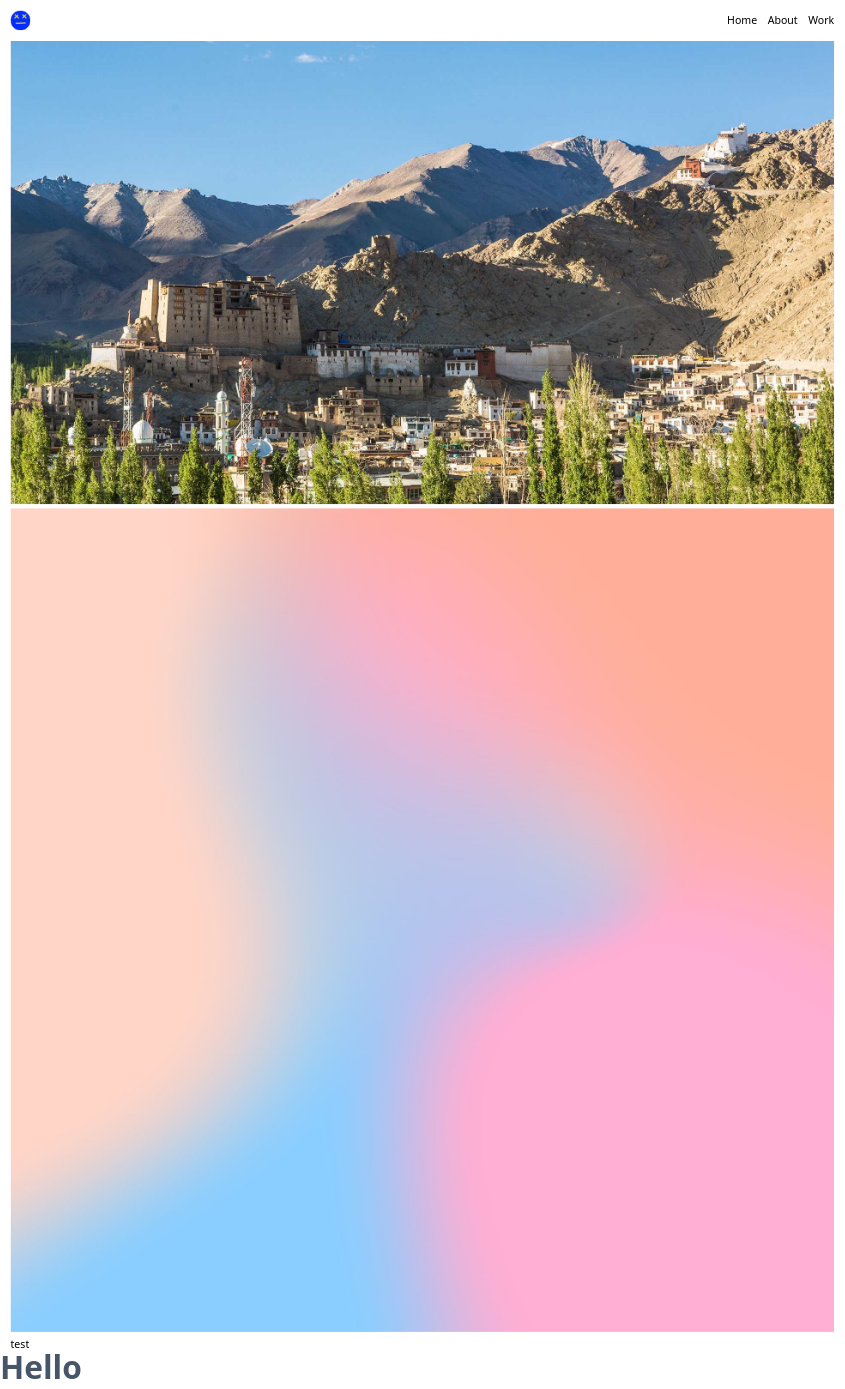
Repository: aaroncemery/aaroncemery-next
Page: /
These files come from the project's save history. The page is drawn as it stood at one moment and after the next save; the edit follows.
The browser window is 1280 px wide. The pictures show the whole page, at 66% of full size.
The project was rebuilt for these pictures with package versions that can differ from the ones it lists, and the page was loaded fresh each time. The framework's server and built-in components were replaced by stand-ins that run in the browser. Also part of the build but not shown: next.config.js.

Above is the page before, as saved 2022-06-13 19:30:32.

After the next save:
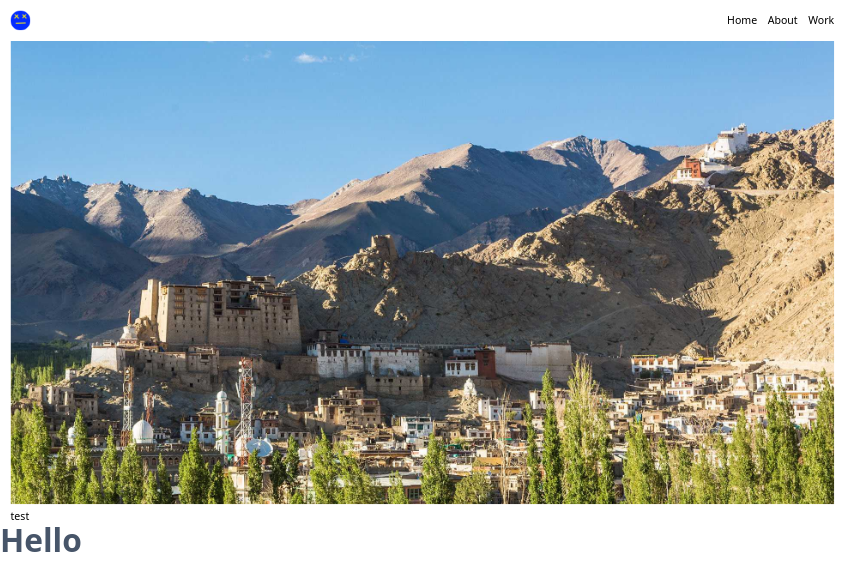
Saved 18 s later.
--- a/pages/index.tsx
+++ b/pages/index.tsx
@@ -27,11 +27,7 @@ const Home: NextPage = () => {
         className={`container px-4 aspect-video relative bg-hero-pattern rounded-xl m-auto bg-cover`}
       >
         <Image src={HeroImage} alt="hero image" className="relative" />
-        <Image
-          src={MeshGradient}
-          alt="mesh gradient"
-          className="absolute top-0 left-0"
-        />
+        <div className="absolute bg-mesh-gradient bg-cover"></div>
         <h1 className="z-10">test</h1>
       </div>
       <h1 className="font-sans text-5xl font-bold text-slate-600">Hello</h1>
